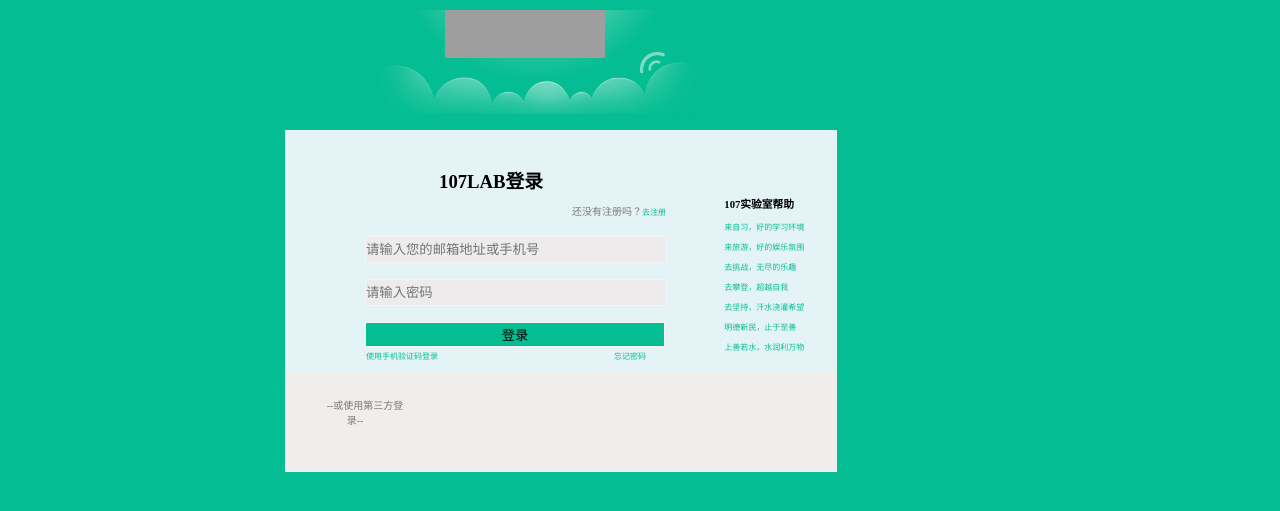
Repository: zz-yy/2023_homework
Page: 第一次考核作业/mazehua/index.html
These files come from the project's save history. The page is drawn as it stood at one moment and after the next save; the edit follows.
The browser window is 1280 px wide. The pictures show the whole page.
Pictures or frames that could not be fetched are drawn as grey boxes.

Above is the page before, as saved 2024-04-05 15:05:05.

After the next save:
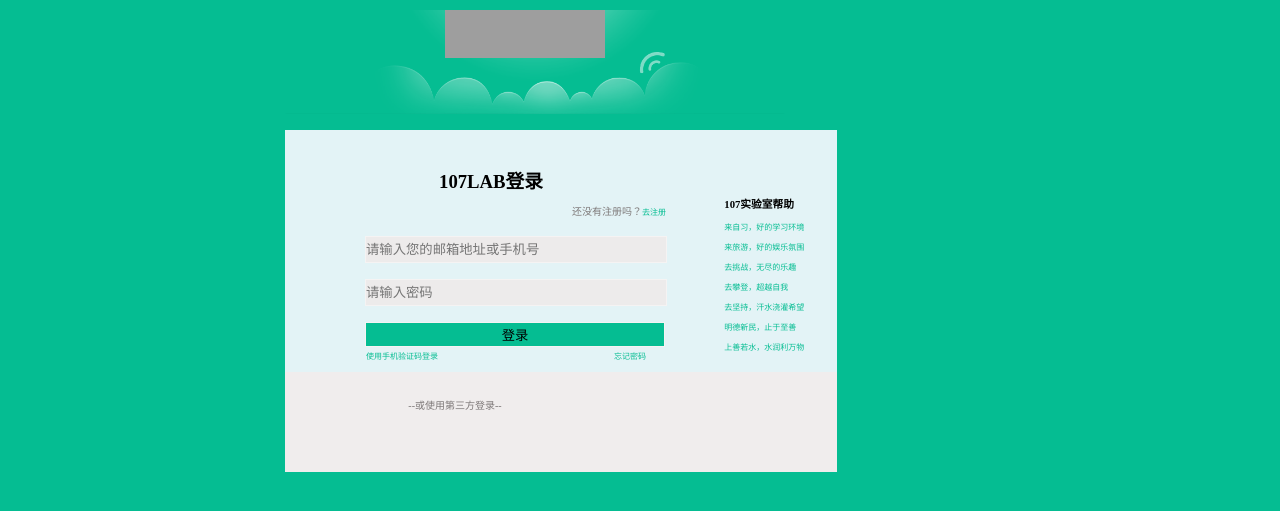
Saved 3 s later.
--- a/第一次考核作业/mazehua/index.css
+++ b/第一次考核作业/mazehua/index.css
@@ -168,7 +168,8 @@ input {
     margin: 10px 2.5px;
 }
 .third-left li{
-    w200+
+    width: 200px;
+    height: 20px;
     margin: 10px 50px;
 
 }
